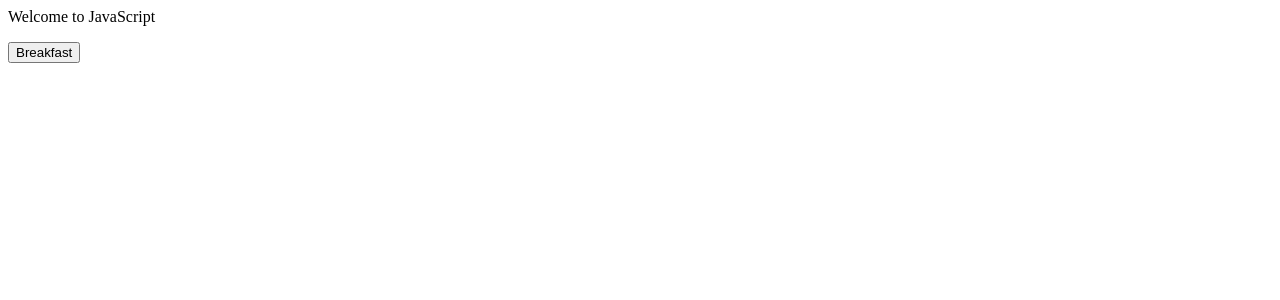
Repository: agarwaljayant7/JavaStuffs
Page: http://localhost/HotelBillingSystem/Menu.html
The author's editor kept a copy of each file at every save. The page is drawn from the files as they stood at one save, then again after the next save.
The browser window is 1280 px wide. The pictures show the whole page.
The page is served by Tomcat 9. Other server files are loaded and not shown.

Above is the page before, as saved 2019-12-26 16:42:03.

### BillingSystem/HotelBillingSystem/WebContent/Menu.html
<html>
<head>
<script type="text/javascript" src="Breakfast.js"></script>
</head>
<body>
<p>Welcome to JavaScript</p>
<form>
<input type="button" value="Breakfast" onclick="breakfast()"/>
</form>
</body>
</html>

### BillingSystem/HotelBillingSystem/WebContent/Breakfast.js

function breakfast(){
 alert("cooking breakfast");

}

After the next save:
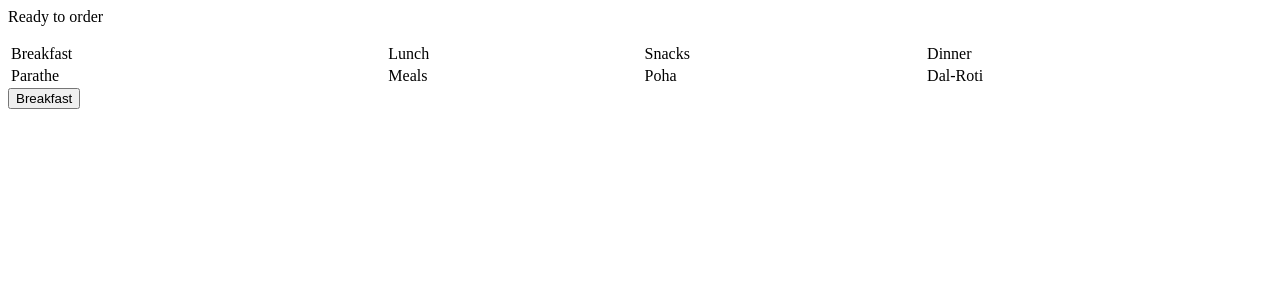
Saved 6 min 10 s later.
--- a/BillingSystem/HotelBillingSystem/WebContent/Menu.html
+++ b/BillingSystem/HotelBillingSystem/WebContent/Menu.html
@@ -3,8 +3,25 @@
 <script type="text/javascript" src="Breakfast.js"></script>
 </head>
 <body>
-<p>Welcome to JavaScript</p>
+<p>Ready to order</p>
 <form>
+
+<table style="width:100%">
+  <tr>
+    <td>Breakfast</td>
+    <td>Lunch</td>
+    <td>Snacks</td>
+    <td>Dinner</td>
+  </tr>
+  <tr>
+    <td>Parathe</td>
+    <td>Meals</td>
+    <td>Poha</td>
+    <td>Dal-Roti</td>
+  </tr>
+</table>
+
+
 <input type="button" value="Breakfast" onclick="breakfast()"/>
 </form>
 </body>
--- a/BillingSystem/HotelBillingSystem/WebContent/Breakfast.js
+++ b/BillingSystem/HotelBillingSystem/WebContent/Breakfast.js
@@ -1,5 +1,6 @@
 
 function breakfast(){
- alert("cooking breakfast");
+ //alert("cooking breakfast");
+
 
 }
